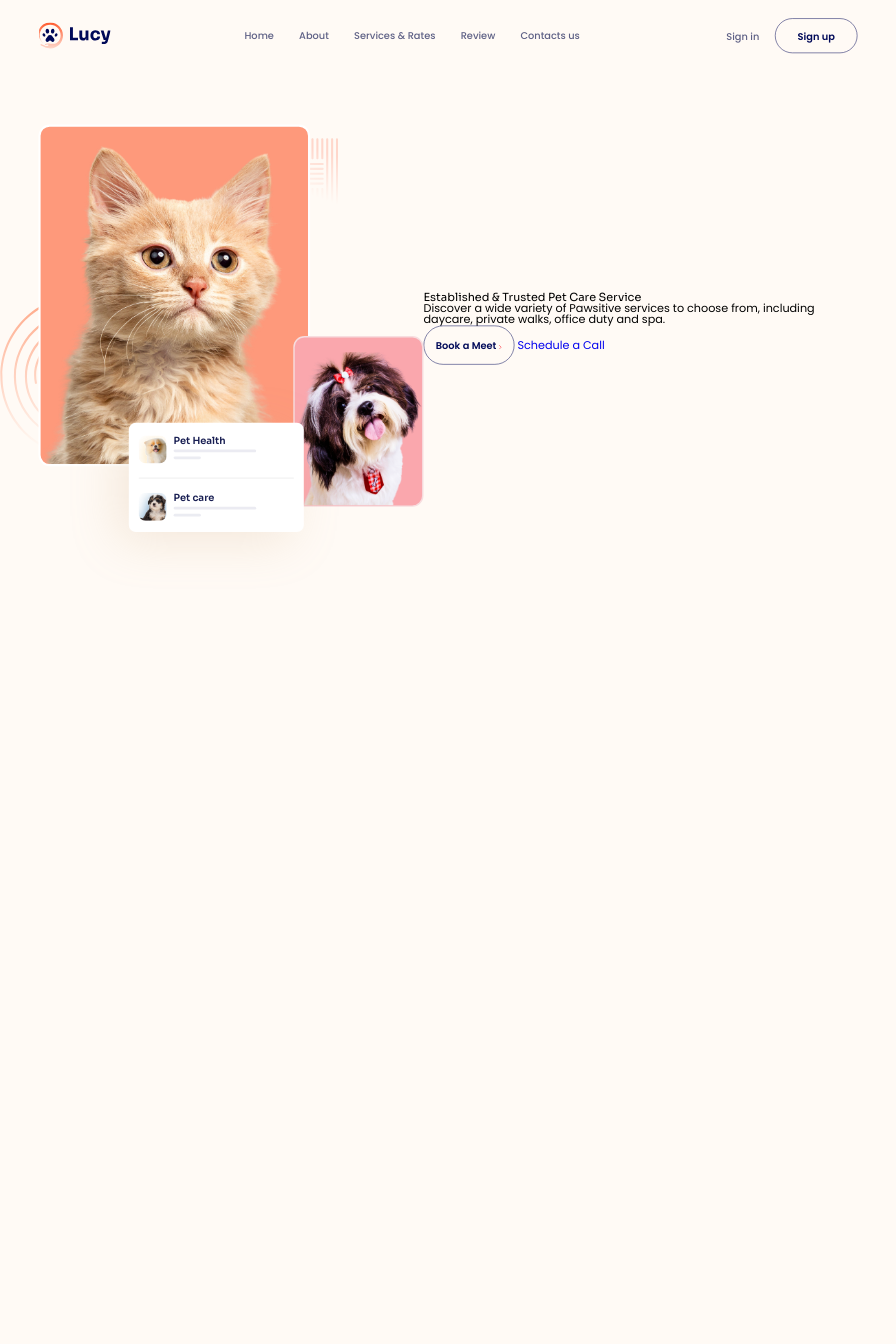
Repository: anhtien111198/f8-htmlcss-04
Page: index.html
An editor plug-in stored every save of this project. The page is shown before and after the next save, followed by the edit.
The browser window is 1280 px wide. The pictures show the part of the page from y = 0 to 1920 px (the page is 5000 px tall), at 70% of full size.

Above is the page before, as saved 2023-05-17 12:01:49.

After the next save:
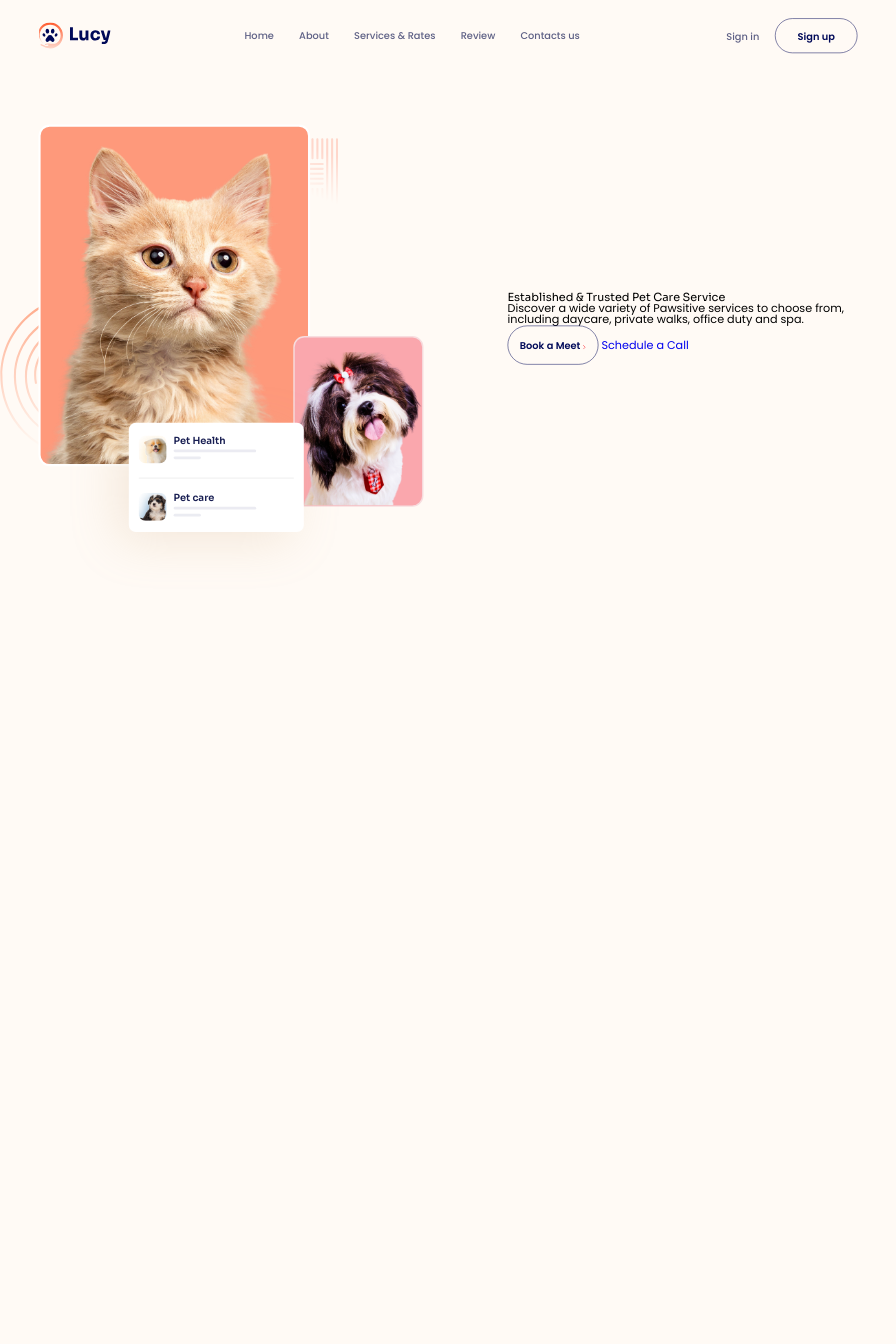
Saved 62 s later.
--- a/assets/css/style.css
+++ b/assets/css/style.css
@@ -88,6 +88,7 @@ select {
     display: flex;
     align-items: center;
     justify-content: space-between;
+    column-gap: 120px;
 }
 .hero__media {
     display: flex;
